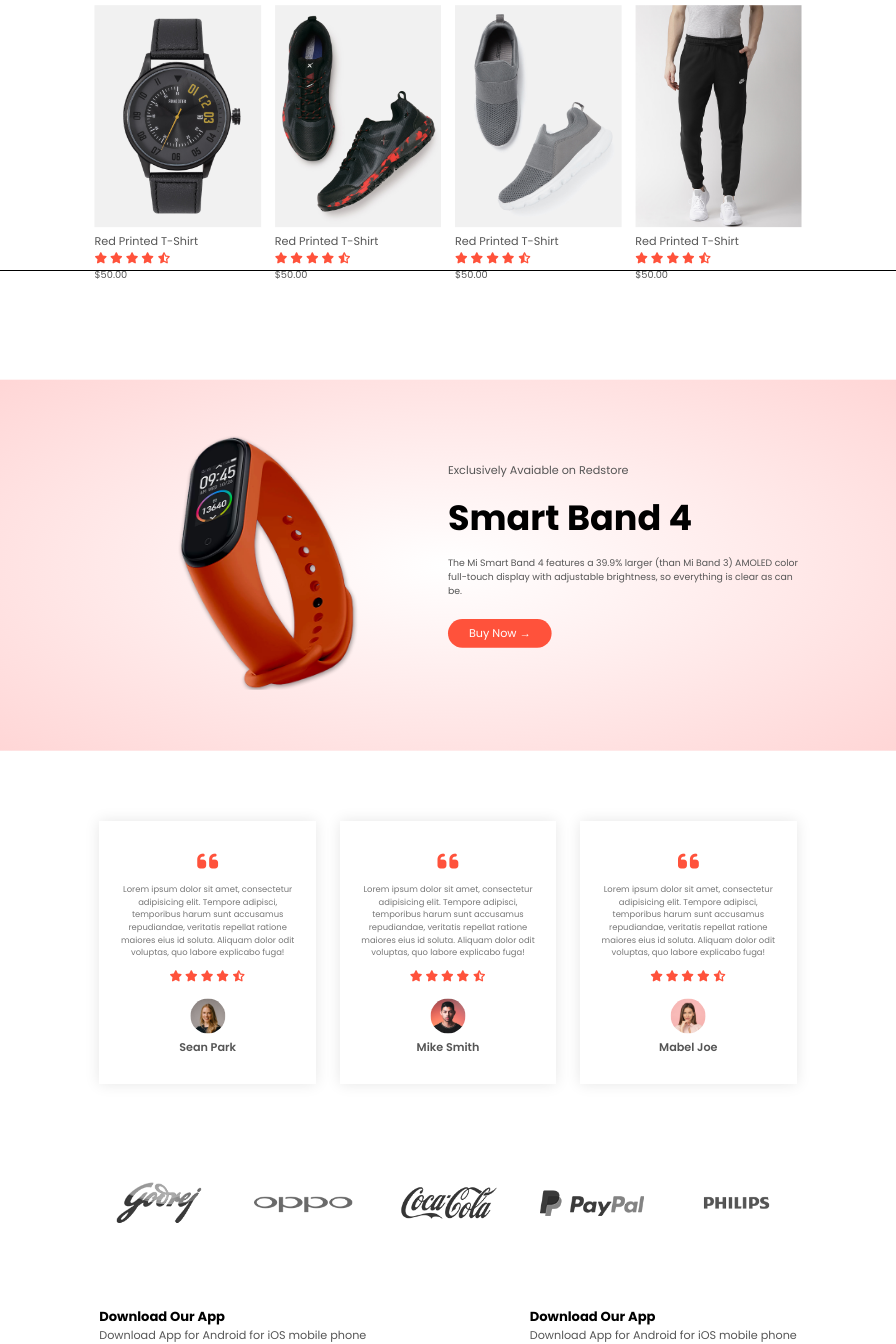
Repository: datvu1608/redsportstore
Page: index.html
The author's editor kept a copy of each file at every save. The page is drawn from the files as they stood at one save, then again after the next save.
The browser window is 1280 px wide. The pictures show the part of the page from y = 2518 to 4438 px (the page is 4438 px tall), at 70% of full size.

Above is the page before, as saved 2023-11-23 15:09:53.

After the next save:
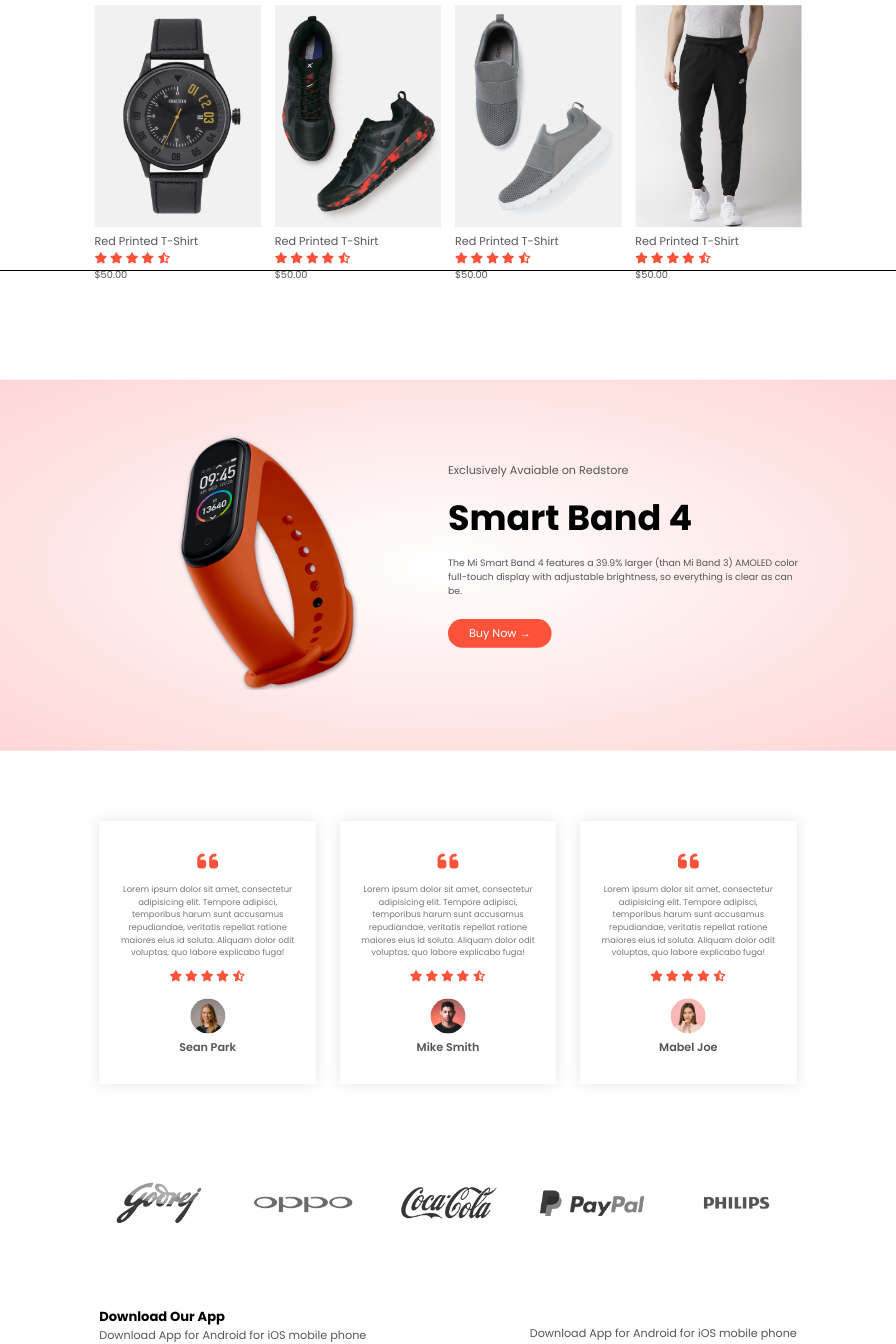
Saved 12 s later.
--- a/index.html
+++ b/index.html
@@ -343,7 +343,7 @@
             <p>Download App for Android for iOS mobile phone</p>
           </div>
           <div class="footer-col-2">
-            <h3>Download Our App</h3>
+            <img src="" alt="" />
             <p>Download App for Android for iOS mobile phone</p>
           </div>
         </div>
